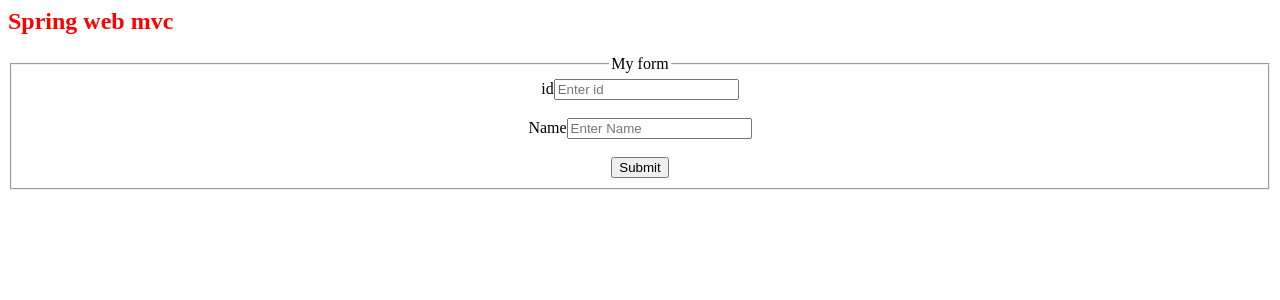
Repository: NaveenPriya1/Sts-full-new-laptop
Page: http://localhost/springwebmvc/
The author's editor kept a copy of each file at every save. The page is drawn from the files as they stood at one save, then again after the next save.
The browser window is 1280 px wide. The pictures show the whole page.
The page is served by Tomcat 9.

Above is the page before, as saved 2022-07-28 13:50:23.

After the next save:
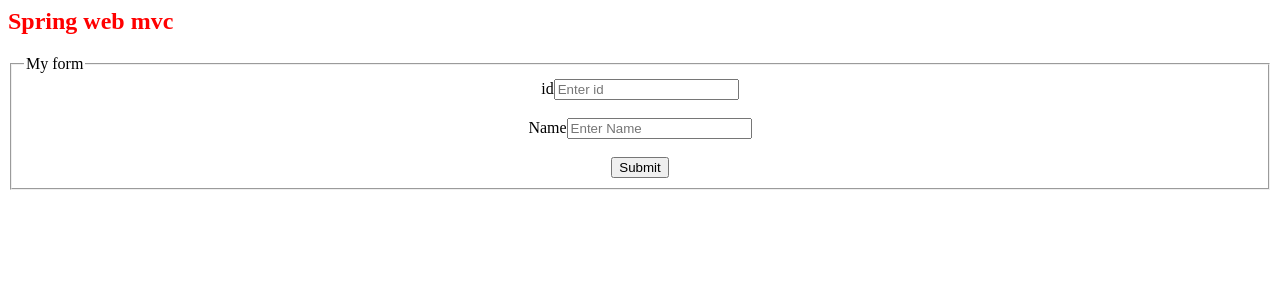
Saved 49 s later.
--- a/springwebmvc/src/main/webapp/index.jsp
+++ b/springwebmvc/src/main/webapp/index.jsp
@@ -2,13 +2,13 @@
 <body>
 <h2 style=color:red>Spring web mvc</h2>
 <form action="first">
-<fieldset style=text-align:center>
-<legend style=textdecoration:none>My form</legend>
-
+<fieldset >
+<legend >My form</legend>
+<div style=text-align:center>
 id<input type="text" name="id" placeholder="Enter id"><br><br>
 Name<input type="text" name="name" placeholder="Enter Name"><br><br>
 <input type="submit">
-
+</div>
 
 </fieldset>
 
